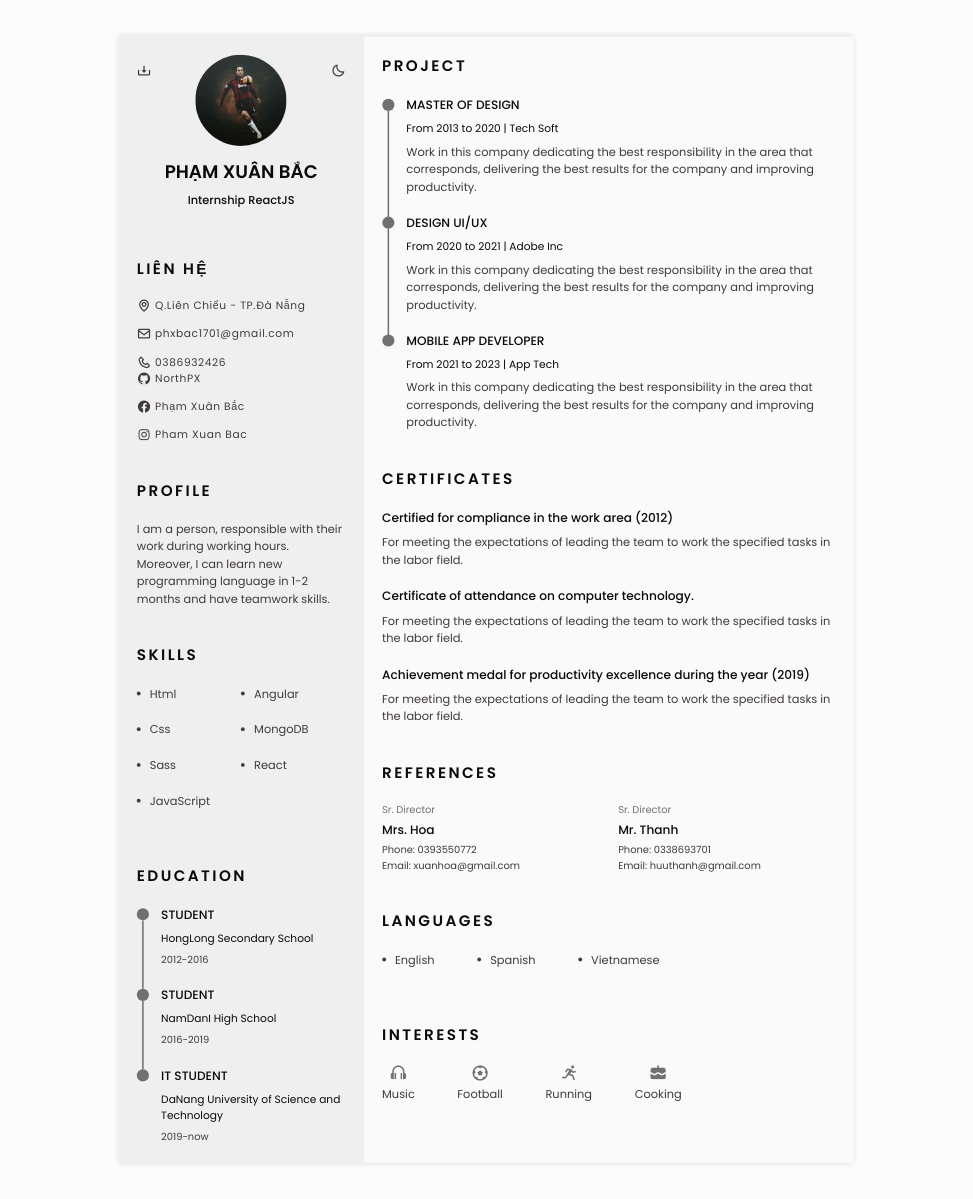
Repository: northpx/myCV
Page: index.html
These files come from the project's save history. The page is drawn as it stood at one moment and after the next save; the edit follows.
The browser window is 1280 px wide. The pictures show the whole page, at 76% of full size.

Above is the page before, as saved 2023-02-23 16:44:55.

### index.html
<!DOCTYPE html>
<html lang="en">
<head>
    <meta charset="UTF-8">
    <meta http-equiv="X-UA-Compatible" content="IE=edge">
    <meta name="viewport" content="width=device-width, initial-scale=1.0">
    <link rel="stylesheet" href="./src/css/styles.css">
    <link rel="stylesheet" href="https://cdn.jsdelivr.net/npm/boxicons@latest/css/boxicons.min.css">
    <title>Pham Xuan Bac</title>
</head>
<body>
    <header class="l-header" id="header">
        <nav class="nav bd-container">
            <a href="#" class="nav__logo">Bac</a>
            <div class="nav__menu" id="nav-menu">
                <ul class="nav__list">
                    <li class="nav__item">
                        <a href="#home" class="nav__link active-link">
                            <i class='bx bx-home nav__icon' ></i>HOME
                        </a>
                    </li>
                    <li class="nav__item">
                        <a href="#profile" class="nav__link">
                            <i class='bx bx-user nav__icon' ></i>USER
                        </a>
                    </li>
                    <li class="nav__item">
                        <a href="#education" class="nav__link">
                            <i class='bx bx-book nav__icon' ></i>EDUCATION
                        </a>
                    </li>
                    <li class="nav__item">
                        <a href="#skills" class="nav__link">
                            <i class='bx bx-receipt nav__icon' ></i>SKILLS
                        </a>
                    </li>
                    <li class="nav__item">
                        <a href="#project" class="nav__link">
                            <i class='bx bx-briefcase-alt nav__icon' ></i>PROJECT
                        </a>
                    </li>
                    <li class="nav__item">
                        <a href="#certificates" class="nav__link">
                            <i class='bx bx-award nav__icon' ></i>CERTIFICATES
                        </a>
                    </li>

                    <li class="nav__item">
                        <a href="#references" class="nav__link">
                            <i class='bx bx-link-external nav__icon' ></i>REFERENCES
                        </a>
                    </li>
                </ul>
            </div>

            <div class="nav__toogle" id="nav-toggle">
                <i class="bx bx-grid-alt"></i>
            </div>
        </nav>
    </header>
    <main class="l-main bd-container">
        <div class="resume" id="area-cv">
            <div class="resume__left">
                <section class="home" id="home">
                    <div class="home__container section bd-grid">
                        <div class="home__data bd-grid">
                            <img src="./src/img/z3668101589347_355da8c054c5f58beb49364ce3f9e5b5.jpg" alt="" class="home__img">
                            <h1 class="home__title"><b>PHẠM XUÂN BẮC</b></h1>
                            <h3 class="home__profession">Internship ReactJS</h3>
                            <div>
                                <a download="" href="./src/pdf/resumecv.pdf" class="home__button-movil">Tải xuống</a>
                            </div>
                        </div>
                        <!-- <div class="home__address bd-grid">
                            <span class="home__information">
                                <i class="bx bx-map home__icon"></i> Q.Liên Chiểu - TP.Đà Nẵng
                            </span>
                            <span class="home__information">
                                <i class="bx bx-envelope home__icon"></i> phxbac1701@gmail.com
                            </span>
                            <span class="home__information">
                                <i class="bx bx-phone home__icon"></i> 0386932426
                            </span>
                        </div> -->
                    </div>
                    <i class="bx bx-moon change-theme" title="Theme" id="theme-button"></i>
                    <i class="bx bx-download generate-pdf" title="Generate PDF" id="resume-button"></i>
                </section>

                <section class="social section">
                    <h2 class="section-title">Liên hệ</h2>
                    <div class="home__address bd-grid">
                        <span class="home__information">
                            <i class="bx bx-map home__icon"></i> Q.Liên Chiểu - TP.Đà Nẵng
                        </span>
                        <span class="home__information">
                            <i class="bx bx-envelope home__icon"></i> phxbac1701@gmail.com
                        </span>
                        <span class="home__information">
                            <i class="bx bx-phone home__icon"></i> 0386932426
                        </span>
                    </div>
                    <div class="social__container bd-grid">
                        <a href="https://github.com/northpx" target="_blank" class="social_link">
                            <i class="bx bxl-github social__icon"></i> NorthPX
                        </a>
                        <a href="https://www.facebook.com/north.px.13/" target="_blank" class="social_link">
                            <i class="bx bxl-facebook-circle social__icon"></i> Phạm Xuân Bắc
                        </a>
                        <a href="https://www.instagram.com/_north.px_/" target="_blank" class="social_link">
                            <i class="bx bxl-instagram social__icon"></i> Pham Xuan Bac
                        </a>
                    </div>
                </section>

                <section class="profile section" id="profile">
                    <h2 class="section-title">Profile</h2>
                    <p class="profile__description">
                        I am a person, responsible with their work during working hours. Moreover, I can learn new programming language in 1-2 months and have teamwork skills.
                    </p>
                </section>

                <section class="skills section" id="skills">
                    <h2 class="section-title">Skills</h2>
                    <div class="skills__content bd-grid">
                        <ul class="skills__data">
                            <li class="skills__name">
                                <span class="skills__circle"></span> Html
                            </li>
                            <li class="skills__name">
                                <span class="skills__circle"></span> Css
                            </li>
                            <li class="skills__name">
                                <span class="skills__circle"></span> Sass
                            </li>
                            <li class="skills__name">
                                <span class="skills__circle"></span> JavaScript
                            </li>
                        </ul>

                        <ul class="skills__data">
                            <li class="skills__name">
                                <span class="skills__circle"></span> Angular
                            </li>
                            <li class="skills__name">
                                <span class="skills__circle"></span> MongoDB
                            </li>
                            <li class="skills__name">
                                <span class="skills__circle"></span> React
                            </li>
                        </ul>
                    </div>
                </section>

                <section class="education section" id="education">
                    <h2 class="section-title">Education</h2>
                    <div class="education__container bd-grid">
                        <div class="education__content">
                            <div class="education__time">
                                <span class="education__rounder"></span>
                                <span class="education__line"></span>
                            </div>
                            <div class="education__data bd-grid">
                                <h3 class="education__title">STUDENT</h3>
                                <span class="education__studies">HongLong Secondary School</span>
                                <span class="education__year">2012-2016</span>
                            </div>
                        </div>

                        <div class="education__content">
                            <div class="education__time">
                                <span class="education__rounder"></span>
                                <span class="education__line"></span>
                            </div>
                            <div class="education__data bd-grid">
                                <h3 class="education__title">STUDENT</h3>
                                <span class="education__studies">NamDanI High School</span>
                                <span class="education__year">2016-2019</span>
                            </div>
                        </div>

                        <div class="education__content">
                            <div class="education__time">
                                <span class="education__rounder"></span>
                                <!-- <span class="education__line"></span> -->
                            </div>
                            <div class="education__data bd-grid">
                                <h3 class="education__title">IT STUDENT</h3>
                                <span class="education__studies">DaNang University of Science and Technology</span>
                                <span class="education__year">2019-now</span>
                            </div>
                        </div>
                    </div>
                </section>

            </div>

            <div class="resume__right">
                <section class="project section" id="project">
                    <h2 class="section-title">project</h2>
                    <div class="project__container bd-grid">
                        <div class="project__content">
                            <div class="project__time">
                                <span class="project__rounder"></span>
                                <span class="project__line"></span>
                            </div>
                            <div class="project__data bd-grid">
                                <h3 class="project__title">MASTER OF DESIGN</h3>
                                <span class="project__company">From 2013 to 2020 | Tech Soft</span>
                                <p class="project__description">Work in this company dedicating the best responsibility in the area that corresponds, delivering the best results for the company and improving productivity.</p>
                            </div>
                        </div>
                        <div class="project__content">
                            <div class="project__time">
                                <span class="project__rounder"></span>
                                <span class="project__line"></span>
                            </div>
                            <div class="project__data bd-grid">
                                <h3 class="project__title">DESIGN UI/UX</h3>
                                <span class="project__company">From 2020 to 2021 | Adobe Inc</span>
                                <p class="project__description">Work in this company dedicating the best responsibility in the area that corresponds, delivering the best results for the company and improving productivity.</p>
                            </div>
                        </div>
                        <div class="project__content">
                            <div class="project__time">
                                <span class="project__rounder"></span>
                            </div>
                            <div class="project__data bd-grid">
                                <h3 class="project__title">MOBILE APP DEVELOPER</h3>
                                <span class="project__company">From 2021 to 2023 | App Tech</span>
                                <p class="project__description">Work in this company dedicating the best responsibility in the area that corresponds, delivering the best results for the company and improving productivity.</p>
                            </div>
                        </div>
                    </div>
                </section>

                <section class="certificate section" id="certificates">
                    <h2 class="section-title">Certificates</h2>
                    <div class="certificate__container bd-grid">
                        <div class="certificate__content">
                            <h3 class="certificate__title">Certified for compliance in the work area (2012)</h3>
                            <p class="certificate__description">For meeting the expectations of leading the team to work the specified tasks in the labor field.</p>
                        </div>

                        <div class="certificate__content">
                            <h3 class="certificate__title">Certificate of attendance on computer technology.</h3>
                            <p class="certificate__description">For meeting the expectations of leading the team to work the specified tasks in the labor field.</p>
                        </div>

                        <div class="certificate__content">
                            <h3 class="certificate__title">Achievement medal for productivity excellence during the year (2019)</h3>
                            <p class="certificate__description">For meeting the expectations of leading the team to work the specified tasks in the labor field.</p>
                        </div>
                    </div>
                </section>

                <section class="references section" id="references">
                    <h2 class="section-title">References</h2>
                    <div class="references__container bd-grid">
                        <div class="references__content bd-grid">
                            <span class="references__subtitle">Sr. Director</span>
                            <h3 class="references__title">Mrs. Hoa</h3>
                            <ul class="references__contact">
                                <li>Phone: 0393550772</li>
                                <li>Email: xuanhoa@gmail.com</li>
                            </ul>
                        </div>

                        <div class="references__content bd-grid">
                            <span class="references__subtitle">Sr. Director</span>
                            <h3 class="references__title">Mr. Thanh</h3>
                            <ul class="references__contact">
                                <li>Phone: 0338693701</li>
                                <li>Email: huuthanh@gmail.com</li>
                            </ul>
                        </div>
                    </div>
                </section>

                <section class="languages section">
                    <h2 class="section-title">Languages</h2>
                    <div class="languages__container bd-grid">
                        <ul class="languages__content bd-grid">
                            <li class="languages_name">
                                <span class="languages__circle"></span> English
                            </li>
                            <li class="languages_name">
                                <span class="languages__circle"></span> Spanish
                            </li>
                            <li class="languages_name">
                                <span class="languages__circle"></span> Vietnamese
                            </li>

                        </ul>
                    </div>
                </section>

                <section class="interests section">
                    <h2 class="section-title">Interests</h2>
                    <div class="interests__container bd-grid">
                        <div class="interests__content">
                            <i class="bx bx-headphone interests__icon"></i>
                            <span class="interests__name">Music</span>
                        </div>
                        <div class="interests__content">
                            <i class='bx bx-football interests__icon' ></i>
                            <span class="interests__name">Football</span>
                        </div>
                        <div class="interests__content">
                            <i class='bx bx-run interests__icon' ></i>
                            <span class="interests__name">Running</span>
                        </div>
                        <div class="interests__content">
                            <i class='bx bxs-cake interests__icon' ></i>
                            <span class="interests__name">Cooking</span>
                        </div>
                    </div>
                </section>
            </div>
        </div>
    </main>

    <a href="#" class="scrolltop" id="scroll-top">
        <i class="bx bx-up-arrow-alt scrolltop__icon"></i>
    </a>
    <script src="./src/js/html2pdf.bundle.min.js"></script>
    <script src="./src/js/scripts.js"></script>
</body>
</html>

Loaded but not shown: src/js/html2pdf.bundle.min.js (library); src/js/scripts.js (107 lines, source omitted); src/css/styles.css (578 lines, source omitted)

After the next save:
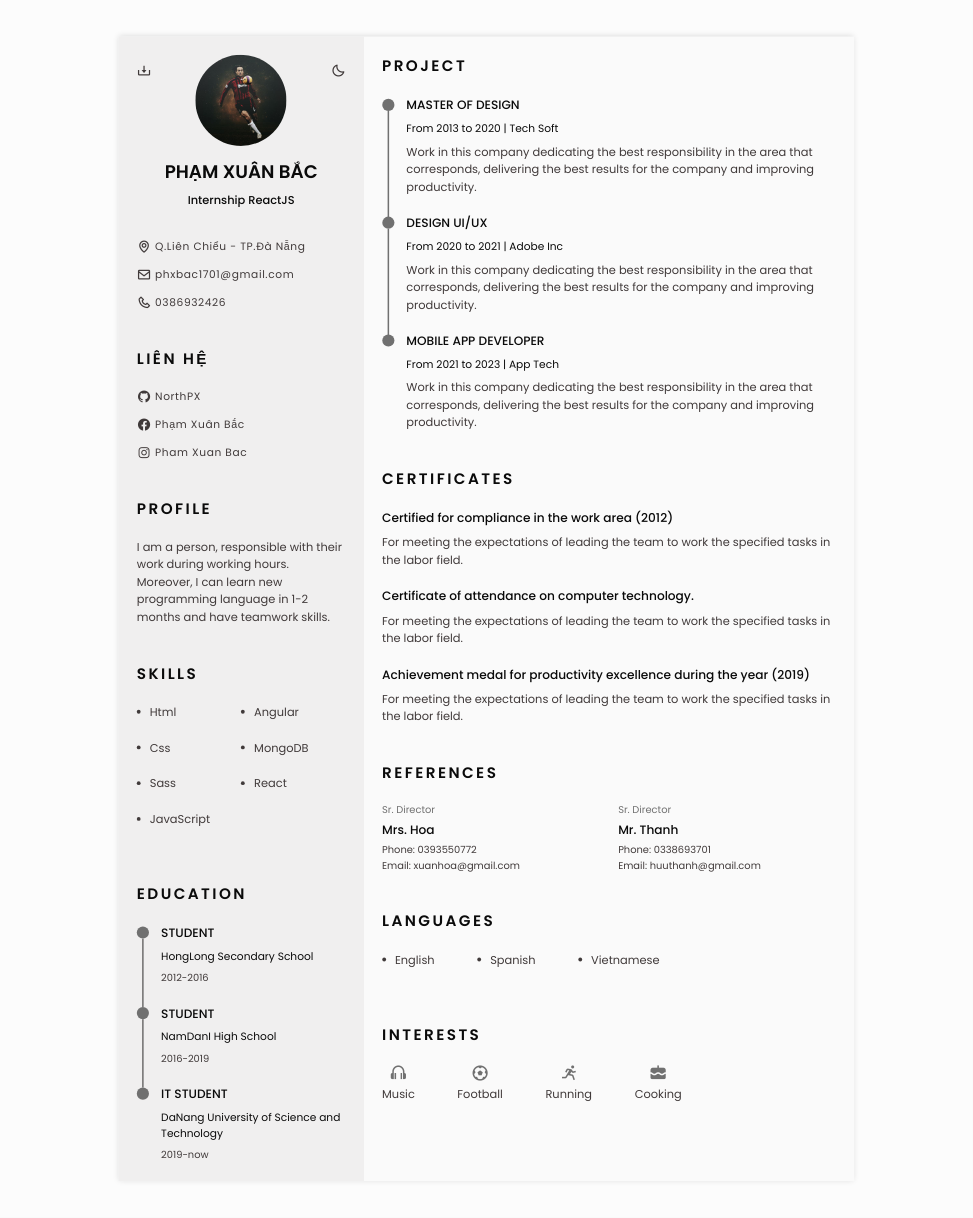
Saved 3 min 27 s later.
--- a/index.html
+++ b/index.html
@@ -71,7 +71,7 @@
                                 <a download="" href="./src/pdf/resumecv.pdf" class="home__button-movil">Tải xuống</a>
                             </div>
                         </div>
-                        <!-- <div class="home__address bd-grid">
+                        <div class="home__address bd-grid">
                             <span class="home__information">
                                 <i class="bx bx-map home__icon"></i> Q.Liên Chiểu - TP.Đà Nẵng
                             </span>
@@ -81,7 +81,7 @@
                             <span class="home__information">
                                 <i class="bx bx-phone home__icon"></i> 0386932426
                             </span>
-                        </div> -->
+                        </div>
                     </div>
                     <i class="bx bx-moon change-theme" title="Theme" id="theme-button"></i>
                     <i class="bx bx-download generate-pdf" title="Generate PDF" id="resume-button"></i>
@@ -89,17 +89,6 @@
 
                 <section class="social section">
                     <h2 class="section-title">Liên hệ</h2>
-                    <div class="home__address bd-grid">
-                        <span class="home__information">
-                            <i class="bx bx-map home__icon"></i> Q.Liên Chiểu - TP.Đà Nẵng
-                        </span>
-                        <span class="home__information">
-                            <i class="bx bx-envelope home__icon"></i> phxbac1701@gmail.com
-                        </span>
-                        <span class="home__information">
-                            <i class="bx bx-phone home__icon"></i> 0386932426
-                        </span>
-                    </div>
                     <div class="social__container bd-grid">
                         <a href="https://github.com/northpx" target="_blank" class="social_link">
                             <i class="bx bxl-github social__icon"></i> NorthPX
